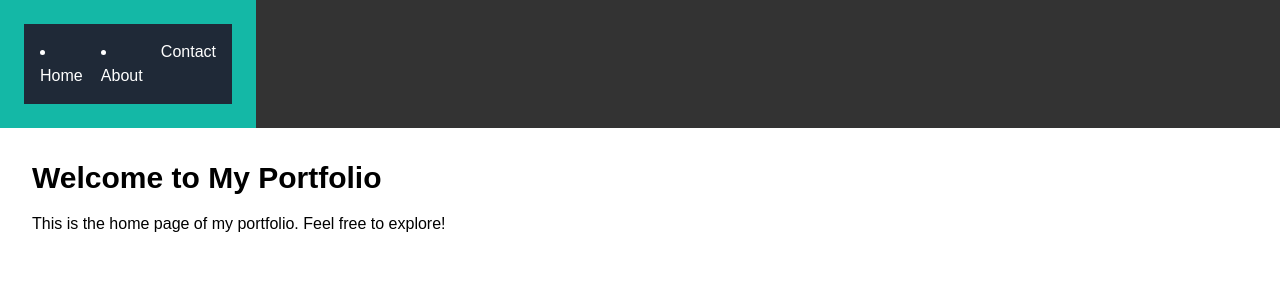
Repository: feyroozecode/feyroozecode.github.io
Page: index.html
These files come from the project's save history. The page is drawn as it stood at one moment and after the next save; the edit follows.
The browser window is 1280 px wide. The pictures show the whole page.
Some web libraries are served in a nearby version.

Above is the page before, as saved 2023-11-30 21:28:02.

After the next save:
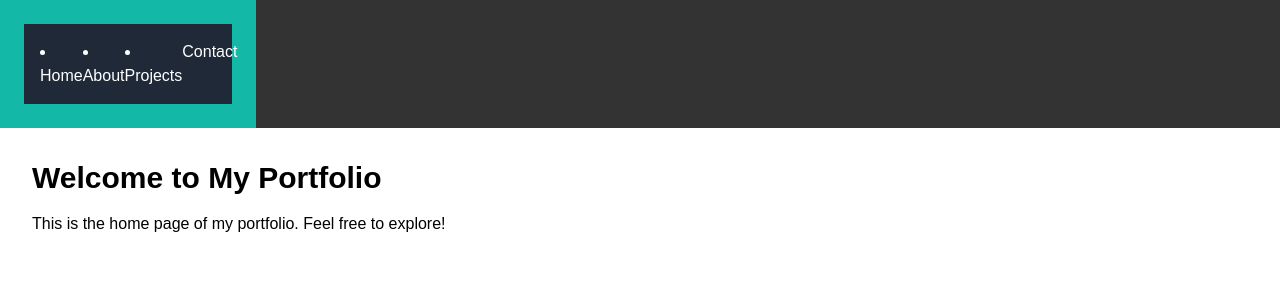
Saved 6 s later.
--- a/index.html
+++ b/index.html
@@ -46,7 +46,9 @@
        <li>
          <a href="#" onclick="navigateTo('about')">About</a>
        </li>
-
+       <li>
+         <a href="#" onclick="navigateTo('projects')">Projects</a>
+       </li>
         <a href="#" onclick="navigateTo('contact')">Contact</a>
     </nav>
     </aside>
